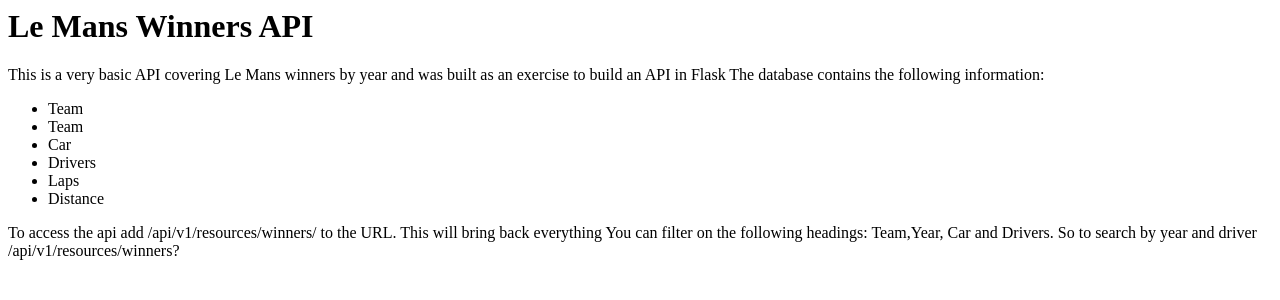
Repository: tidders2000/api_example
Page: http://localhost/
The author's editor kept a record of every edit. The page is drawn from the files as they stood at one moment, then again after the next edit.
The browser window is 1280 px wide. The pictures show the whole page.
The page is served by the project's application, run on Flask 3 (app.py).

Above is the page before.

After the next edit:
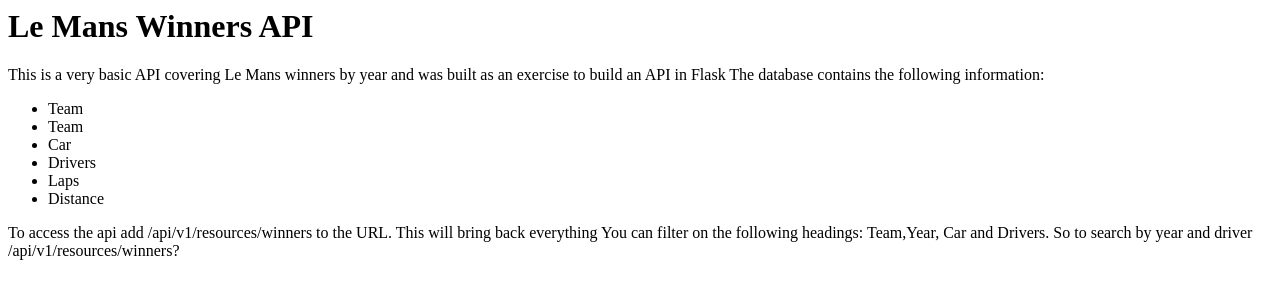
The edit:
--- a/templates/winners.html
+++ b/templates/winners.html
@@ -16,7 +16,7 @@
 
 
     </p>
-    To access the api add  /api/v1/resources/winners/ to the URL. This will bring back everything
+    To access the api add  /api/v1/resources/winners to the URL. This will bring back everything
     You can filter on the following headings: Team,Year, Car and Drivers. So to search by year and driver
 
      /api/v1/resources/winners?
